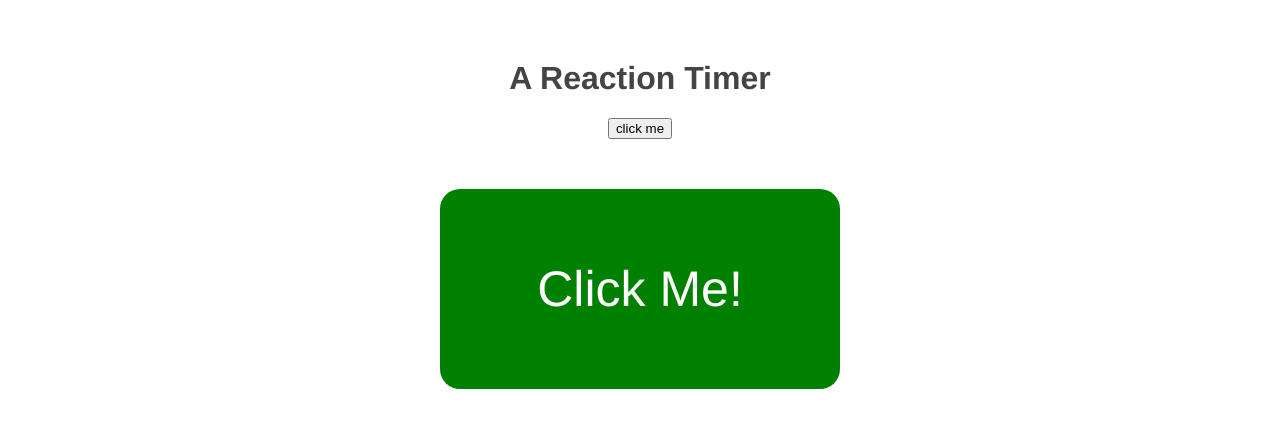
Repository: qudos4real/reaction-timer
Page: /
An editor plug-in stored every save of this project. The page is shown before and after the next save, followed by the edit.
The browser window is 1280 px wide. The pictures show the whole page.
The project was rebuilt for these pictures with package versions that can differ from the ones it lists, and the page was loaded fresh each time. Also part of the build but not shown: vue.config.js.

Above is the page before, as saved 2022-12-27 22:36:51.

### src/App.vue
<template>
 <h1>A Reaction Timer</h1>
 <button @click="start">click me</button>
 <Block />
</template>

<script>
import Block from './components/Block.vue';

export default {
  name: 'App',
  components: {
    Block
  },
  data() {
    return {
      isPlaying: false,
      delay: null,
    }
  },
  methods: {
    start() {
      this.isPlaying = true;
      this.delay = 2000 + Math.random() * 5000;
      console.log(this.delay);
    }
  }
}
</script>

<style>
#app {
  font-family: Avenir, Helvetica, Arial, sans-serif;
  -webkit-font-smoothing: antialiased;
  -moz-osx-font-smoothing: grayscale;
  text-align: center;
  color: #444;
  margin-top: 60px;
}
</style>

### src/components/Block.vue
<template>
    <div class="block">
        Click Me!
        </div>
</template>

<script>
export default {

}
</script>

<style>
.block {
    width: 400px;
    border-radius: 20px;
    text-align: center;
    margin: 50px auto;
    line-height: 200px;
    background-color: green;
    color: white;
    font-size: 50px;
    cursor: pointer;
}
</style>

Loaded but not shown: public/index.html (common file); src/main.js (common file)

After the next save:
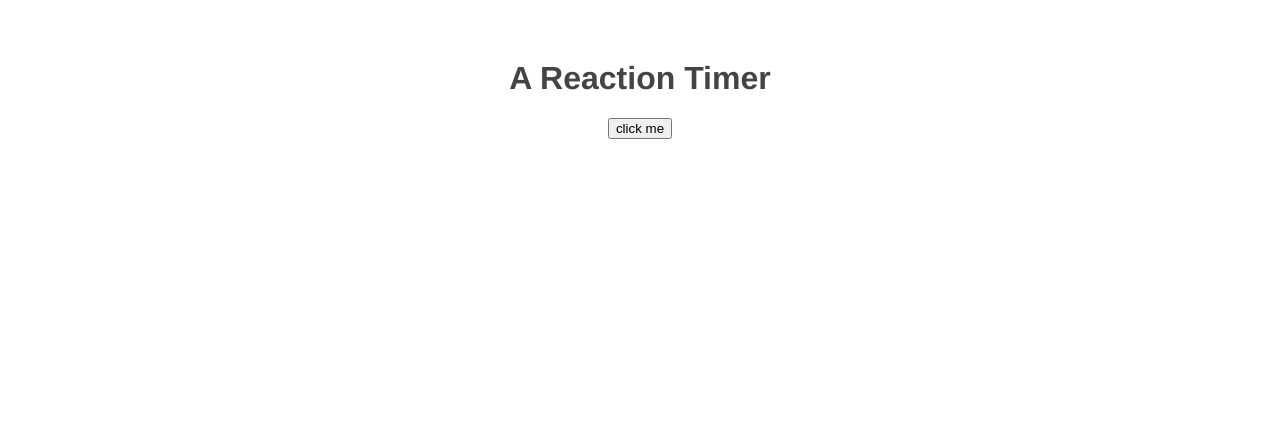
Saved 68 s later.
--- a/src/App.vue
+++ b/src/App.vue
@@ -1,7 +1,7 @@
 <template>
  <h1>A Reaction Timer</h1>
  <button @click="start">click me</button>
- <Block />
+ <Block v-if="isPlaying" />
 </template>
 
 <script>
